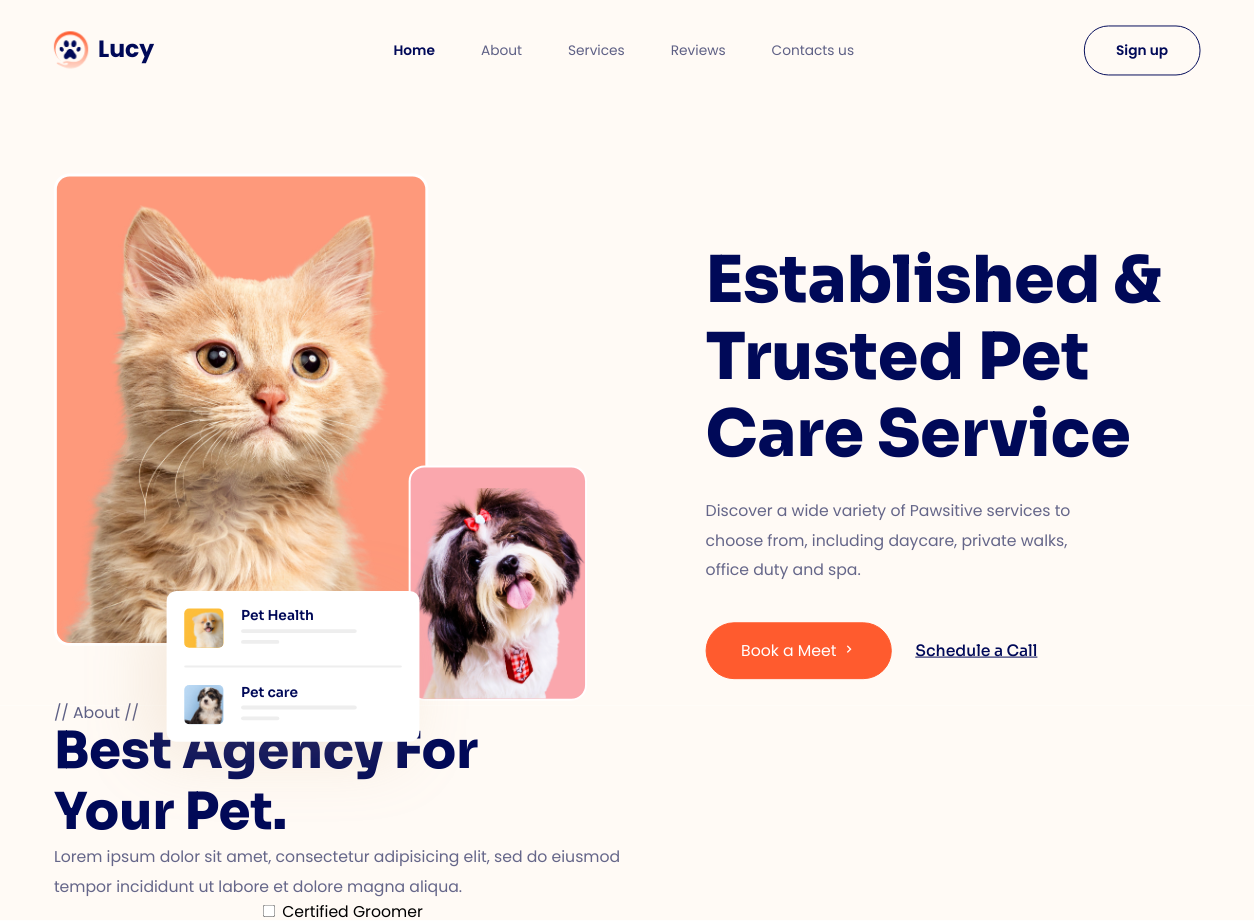
Repository: Cuongquaidan/F8projeact-04
Page: index.html
An editor plug-in stored every save of this project. The page is shown before and after the next save, followed by the edit.
The browser window is 1280 px wide. The pictures show the whole page, at 98% of full size.

Above is the page before, as saved 2023-04-15 12:53:57.

After the next save:
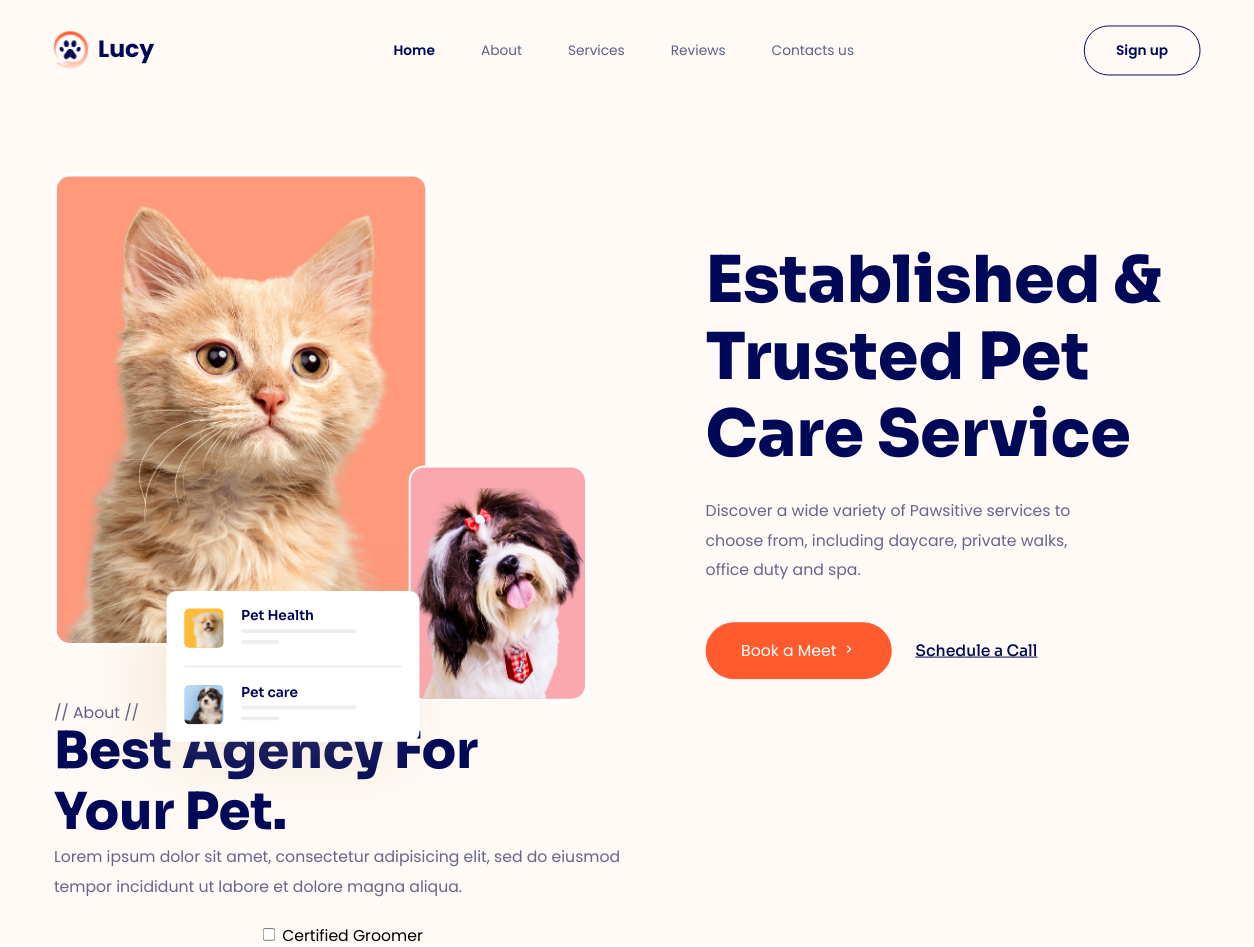
Saved 37 s later.
--- a/asset/css/styles.css
+++ b/asset/css/styles.css
@@ -295,3 +295,7 @@ a {
 .about__contents-title {
     width: 446px;
 }
+.about__fake-check {
+    width: 24px;
+    height: 24px;
+}
